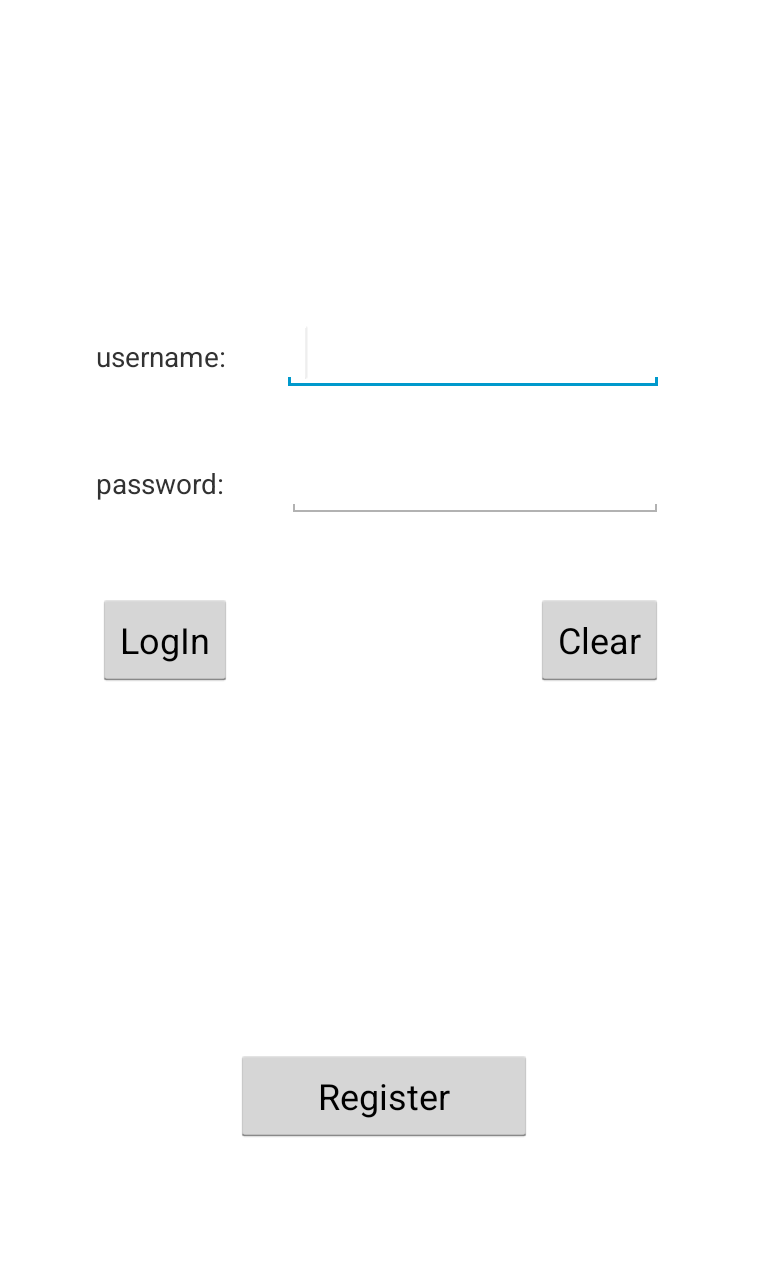
Repository: mpdehnel/seg
Layout: VectorOne/res/layout/activity_login.xml
An editor plug-in stored every save of this project. The layout is shown before and after the next save, followed by the edit.
It is drawn on a 768 x 1280 px phone screen (xhdpi) without system bars, with theme AppTheme; the app's code is not run.

Above is the layout before, as saved 2013-02-06 21:36:00.

After the next save:
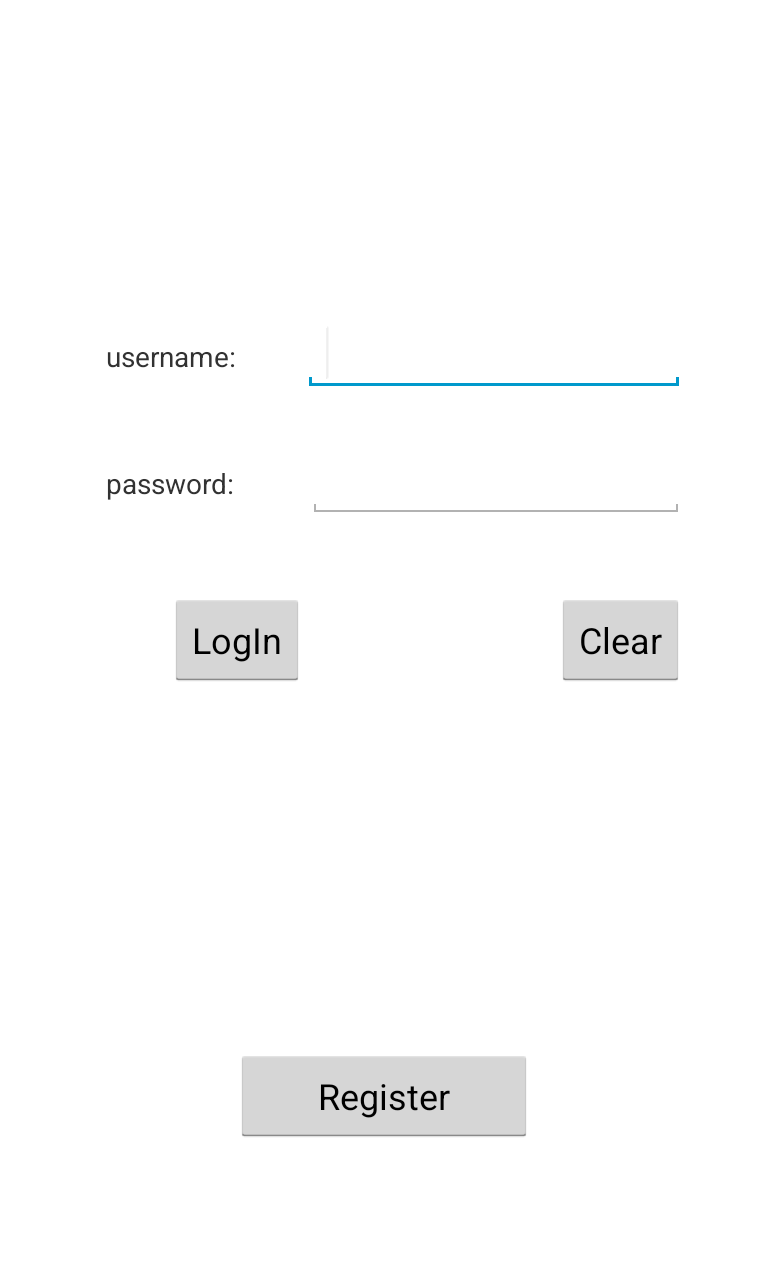
Saved 17 s later.
--- a/VectorOne/res/layout/activity_login.xml
+++ b/VectorOne/res/layout/activity_login.xml
@@ -15,33 +15,6 @@
         android:layout_marginBottom="68dp"
         android:onClick="registration"
         android:text="@string/button_registration" />
-
-    <Button
-        android:id="@+id/clearbutton"
-        android:layout_width="wrap_content"
-        android:layout_height="wrap_content"
-        android:layout_centerVertical="true"
-        android:layout_toRightOf="@+id/registrationbutton"
-        android:onClick="clear"
-        android:text="@string/button_clear" />
-
-    <Button
-        android:id="@+id/loginbutton"
-        android:layout_width="wrap_content"
-        android:layout_height="wrap_content"
-        android:layout_centerVertical="true"
-        android:layout_toLeftOf="@+id/registrationbutton"
-        android:onClick="login"
-        android:text="@string/button_login" />
-
-    <TextView
-        android:id="@+id/passwordlabel"
-        android:layout_width="wrap_content"
-        android:layout_height="wrap_content"
-        android:layout_alignBaseline="@+id/PasswordTextField"
-        android:layout_alignBottom="@+id/PasswordTextField"
-        android:layout_alignLeft="@+id/loginbutton"
-        android:text="@string/lable_password" />
 
     <TextView
         android:id="@+id/userlabel"
@@ -74,4 +47,32 @@
         android:ems="10"
         android:inputType="textPassword" />
 
+    <Button
+        android:id="@+id/loginbutton"
+        android:layout_width="wrap_content"
+        android:layout_height="wrap_content"
+        android:layout_centerVertical="true"
+        android:layout_toLeftOf="@+id/PasswordTextField"
+        android:onClick="login"
+        android:text="@string/button_login" />
+
+    <TextView
+        android:id="@+id/passwordlabel"
+        android:layout_width="wrap_content"
+        android:layout_height="wrap_content"
+        android:layout_alignBaseline="@+id/PasswordTextField"
+        android:layout_alignBottom="@+id/PasswordTextField"
+        android:layout_toLeftOf="@+id/registrationbutton"
+        android:text="@string/lable_password" />
+
+    <Button
+        android:id="@+id/clearbutton"
+        android:layout_width="wrap_content"
+        android:layout_height="wrap_content"
+        android:layout_alignParentRight="true"
+        android:layout_centerVertical="true"
+        android:layout_marginRight="41dp"
+        android:onClick="clear"
+        android:text="@string/button_clear" />
+
 </RelativeLayout>
